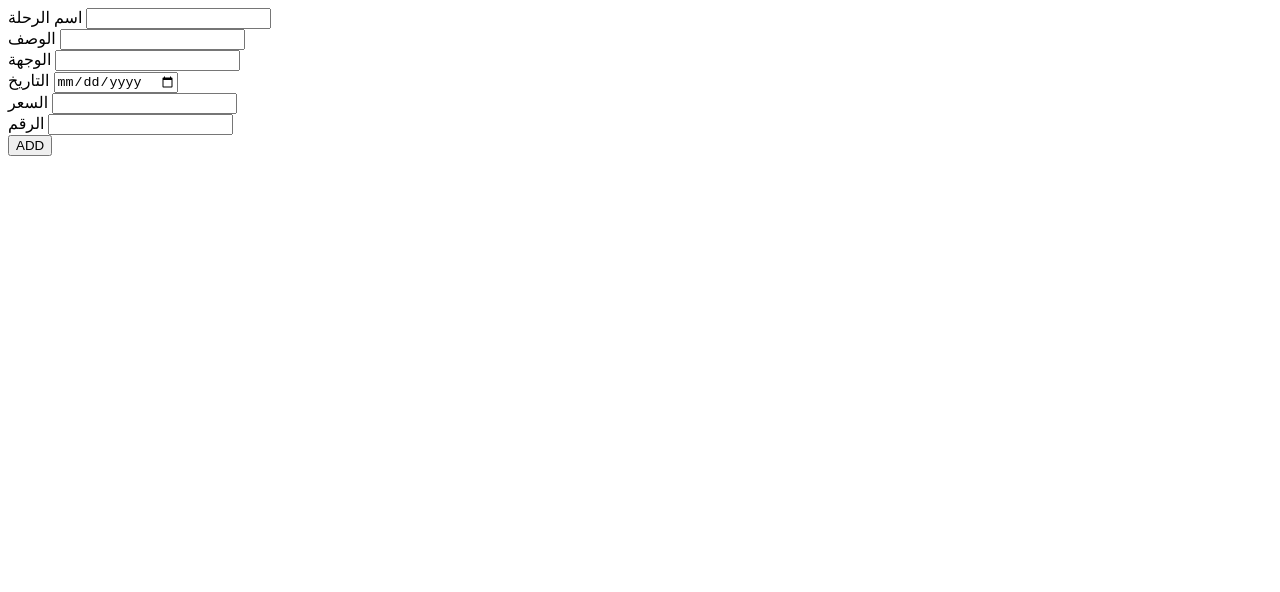
Repository: Yassin-Boushi/Safer
Page: http://localhost/add_flight
An editor plug-in stored every save of this project. The page is shown before and after the next save, followed by the edit.
The browser window is 1280 px wide. The pictures show the whole page.
The page is served by the project's Laravel application, run on PHP 8.4 with Laravel 9.

Above is the page before, as saved 2025-01-30 14:35:47.

After the next save:
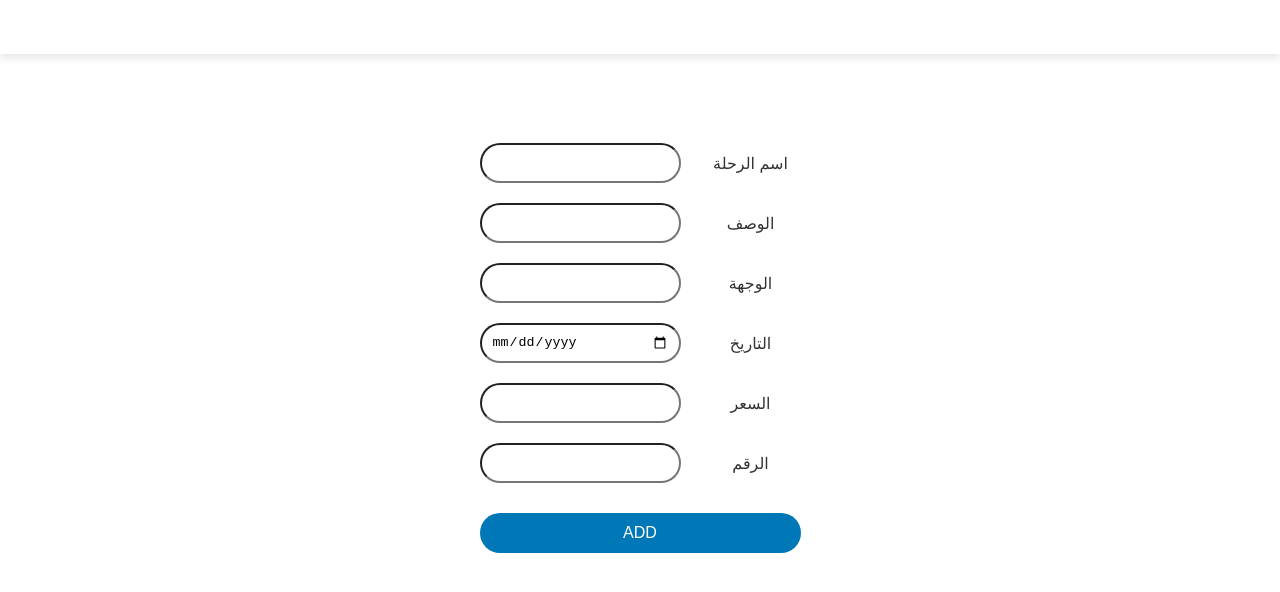
Saved 2 min 23 s later.
--- a/resources/views/flight/add.blade.php
+++ b/resources/views/flight/add.blade.php
@@ -1,4 +1,8 @@
-
+<x-nav />
+<main>
+<div class="nav">
+                <div>اضافة رحلة</div>
+        </div>
 
             <form class="form-add"  action="flights" method="post" >
                 @csrf
